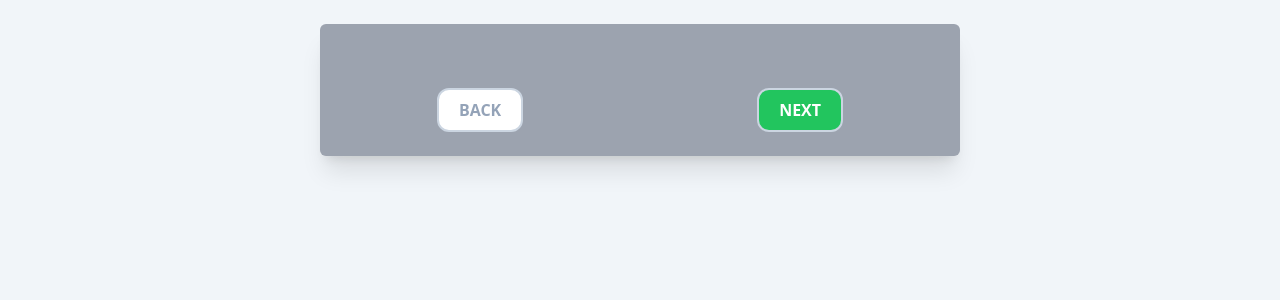
Repository: OmniaRafat232111121/reactstepper
Page: /
These files come from the project's save history. The page is drawn as it stood at one moment and after the next save; the edit follows.
The browser window is 1280 px wide. The pictures show the whole page.
The project was rebuilt for these pictures with package versions that can differ from the ones it lists, and the page was loaded fresh each time. Also part of the build but not shown: src/App.css.

Above is the page before, as saved 2023-02-22 00:00:16.

After the next save:
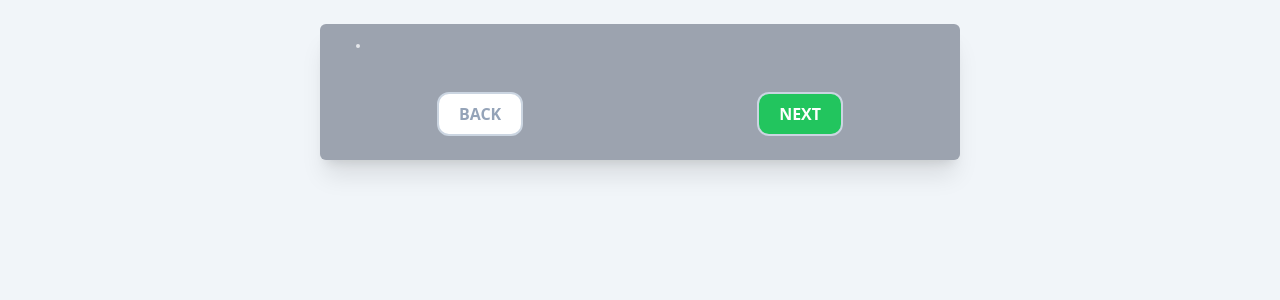
Saved 7 s later.
--- a/src/Component/Stepper.js
+++ b/src/Component/Stepper.js
@@ -4,7 +4,7 @@ const Stepper = () => {
   return (
     <div className=' mx-4 my-6 p-5 flex justify-between items-center'>
         <div className='relative flex flex-col items-center text-teal-500'>
-        <div className='rounded-full transition duration-200 ease-in-out rounded-md bor'>{/* Display number*/ }
+        <div className='rounded-full transition duration-200 ease-in-out rounded-md border-2 border-gra'>{/* Display number*/ }
         </div>
       <div>
         {/* Display decsription*/ }
